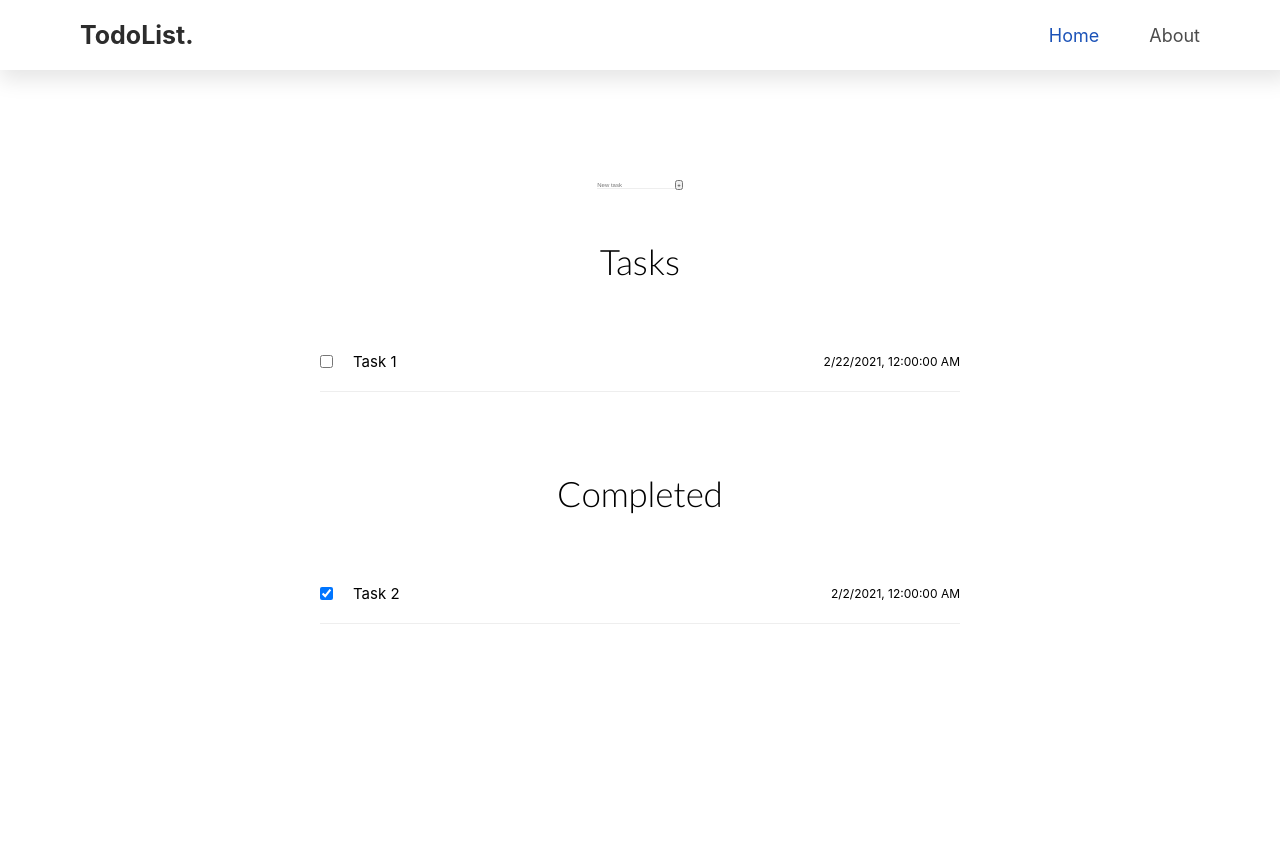
Repository: dqhuy153/react-todoList
Page: /
The author's editor kept a copy of each file at every save. The page is drawn from the files as they stood at one save, then again after the next save.
The browser window is 1280 px wide. The pictures show the whole page.
The project was rebuilt for these pictures with package versions that can differ from the ones it lists, and the page was loaded fresh each time. Also part of the build but not shown: src/components/UI/LoadingSpinner.module.scss.

Above is the page before, as saved 2021-09-16 21:58:20.

### src/App.js
import React, { Suspense } from 'react';
import { Switch, Route } from 'react-router-dom';

import './App.css';
import Layout from './components/layout/Layout';
import LoadingSpinner from './components/UI/LoadingSpinner';

const Home = React.lazy(() => import('./components/pages/Home'));
const About = React.lazy(() => import('./components/pages/About'));

function App() {
  return (
    <Layout>
      <Suspense
        fallback={
          <div className="centered">
            <LoadingSpinner />
          </div>
        }
      >
        <Switch>
          <Route path="/" exact>
            <Home />
          </Route>
          <Route path="/about">
            <About />
          </Route>
          {/* <Route path="/products" exact>
          <Products />
        </Route>
        <Route path="/products/:productId">
          <ProductDetail />
        </Route> */}
        </Switch>
      </Suspense>
    </Layout>
  );
}

export default App;

### src/App.css
@import url('https://fonts.googleapis.com/css2?family=Lato:ital,wght@0,100;0,300;0,400;0,700;0,900;1,100;1,300;1,400;1,700;1,900&display=swap');

* {
  box-sizing: border-box;
  font-size: 62.5%;
  padding: 0;
  margin: 0;
}

.centered {
  margin: 3rem auto;
  text-align: center;
  display: flex;
  justify-content: center;
  align-items: center;
}

### src/components/layout/Layout.js
import React, { Fragment } from 'react';
import AppNavigation from './AppNavigation';

import styles from './Layout.module.scss';

export default function Layout(props) {
  return (
    <Fragment>
      <AppNavigation logoTitle="TodoList." />
      <main className={styles.main}>{props.children}</main>
    </Fragment>
  );
}

### src/components/UI/LoadingSpinner.js
import styles from './LoadingSpinner.module.scss';

const LoadingSpinner = () => {
  return <div className={styles.spinner}></div>;
};

export default LoadingSpinner;

### src/components/pages/Home.js
import { useState } from 'react';
import TodoList from '../todos/TodoList';

import styles from './Home.module.scss';

const initTodoList = [
  {
    id: 1,
    title: 'Task 1',
    date: new Date('2/22/2021'),
    completed: false,
  },
  {
    id: 2,
    title: 'Task 2',
    date: new Date('2/2/2021'),
    completed: true,
  },
];

export default function Home(props) {
  const [todoList, setTodoList] = useState(initTodoList);

  const handleStatusChange = (id) => {
    let updatedTodoList = todoList.map((todo) => {
      if (todo.id === id) {
        todo.completed = !todo.completed;
      }
      return todo;
    });

    setTodoList(updatedTodoList);
  };

  return (
    <div className={styles.container}>
      <div className={styles.add}>
        <input placeholder="New task" />
        <button>+</button>
      </div>
      <h1>Tasks</h1>
      <TodoList
        items={todoList.filter((i) => i.completed === false)}
        onStatusChange={handleStatusChange}
      />
      <h1 className={styles['completed-title']}>Completed</h1>
      <TodoList
        items={todoList.filter((i) => i.completed === true)}
        onStatusChange={handleStatusChange}
      />
    </div>
  );
}

### src/components/layout/AppNavigation.js
import React from 'react';
import { NavLink } from 'react-router-dom';

import styles from './AppNavigation.module.scss';

export default function AppNavigation({ logoTitle = 'Demo.', ...props }) {
  return (
    <header className={styles.header}>
      <div className={styles.logo}>{logoTitle}</div>
      <nav>
        <ul>
          <li>
            <NavLink to="/" exact activeClassName={styles.active}>
              Home
            </NavLink>
          </li>
          <li>
            <NavLink to="/about" activeClassName={styles.active}>
              About
            </NavLink>
          </li>
        </ul>
      </nav>
    </header>
  );
}

### src/components/todos/TodoList.js
import React from 'react';
import TodoItem from './TodoItem';

import styles from './TodoList.module.scss';

export default function TodoList({ items, onStatusChange, ...props }) {
  return (
    <ul className={styles.container}>
      {items.map((item) => (
        <li key={item.id}>
          <TodoItem
            id={item.id}
            title={item.title}
            date={item.date}
            completed={item.completed}
            onStatusChange={onStatusChange}
          />
        </li>
      ))}
    </ul>
  );
}

### src/components/pages/Home.module.scss
.container {
  padding: 18rem 0;

  h1 {
    text-align: center;
    font-family: 'Lato', sans-serif;
    font-weight: 300;
    font-size: 3.5rem;
  }

  .completed-title {
    margin-top: 8rem;
  }

  .add {
    text-align: center;
    margin-bottom: 5rem;

    input {
      border: none;
      border-bottom: 1px solid #eee;
    }
  }
}

### src/components/layout/AppNavigation.module.scss
.header {
  width: 100%;
  height: 7rem;
  display: flex;
  align-items: center;
  justify-content: space-between;
  background-color: #ffffff;
  padding: 0 8rem;
  box-shadow: 5px 5px 20px 5px rgba(0, 0, 0, 0.1);
  position: fixed;
}

.logo {
  font-size: 2.5rem;
  color: rgb(44, 44, 44);
  font-weight: bold;
}

.header ul {
  list-style: none;
  margin: 0;
  padding: 0;
  display: flex;
  align-items: baseline;
}

.header li {
  margin-left: 5rem;
}

.header a {
  text-decoration: none;
  font-size: 1.8rem;
  color: #4b4b4b;
}

.header a:hover,
.header a:active,
.header a.active {
  color: rgb(28, 83, 184);
}

### src/components/todos/TodoItem.js
import styles from './TodoItem.module.scss';

export default function TodoItem({
  id,
  title,
  date,
  completed,
  onStatusChange,
  ...props
}) {
  return (
    <div className={styles.container}>
      <div className={styles.task}>
        <input
          type="checkbox"
          checked={completed}
          onChange={() => onStatusChange(id)}
        />
        <p>{title}</p>
      </div>
      <p className={styles.date}>{date.toLocaleString()}</p>
    </div>
  );
}

### src/components/todos/TodoList.module.scss
.container {
  text-align: center;
  width: 50%;
  margin: 5rem auto;
  list-style: none;
}

### src/components/todos/TodoItem.module.scss
.container {
  display: flex;
  align-items: center;
  justify-content: space-between;
  padding: 2rem 0;
  border-bottom: 1px solid #eee;
}

.task {
  display: flex;
  align-items: center;

  p {
    padding-left: 2rem;
    font-size: 1.5rem;
  }
}

.date {
  font-size: 1.2rem;
}

Loaded but not shown: public/index.html (common file); src/index.js (common file); src/index.css (common file); src/reportWebVitals.js (common file); src/components/layout/Layout.module.scss (no stored copy; drawn as an empty file)

After the next save:
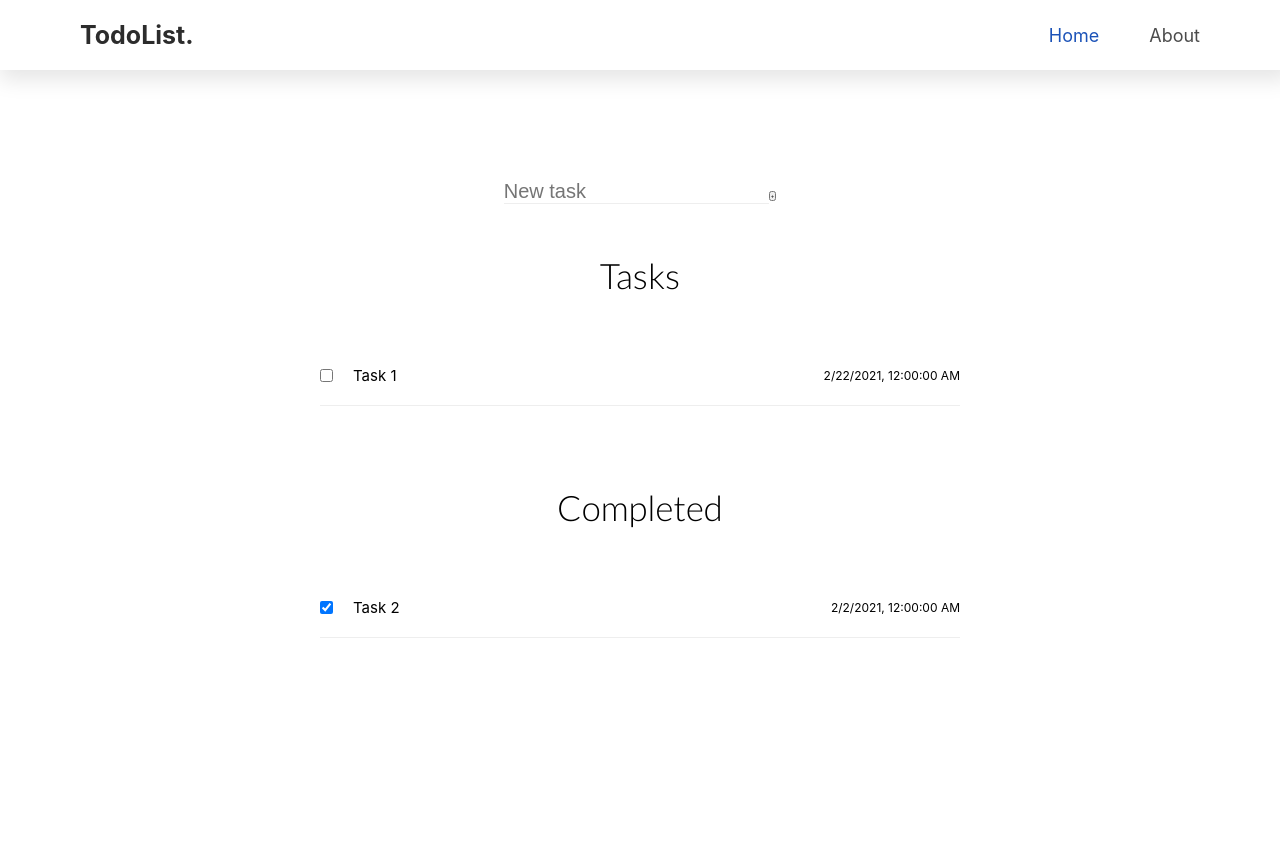
Saved 18 s later.
--- a/src/components/pages/Home.module.scss
+++ b/src/components/pages/Home.module.scss
@@ -19,6 +19,7 @@
     input {
       border: none;
       border-bottom: 1px solid #eee;
+      font-size: 2rem;
     }
   }
 }
